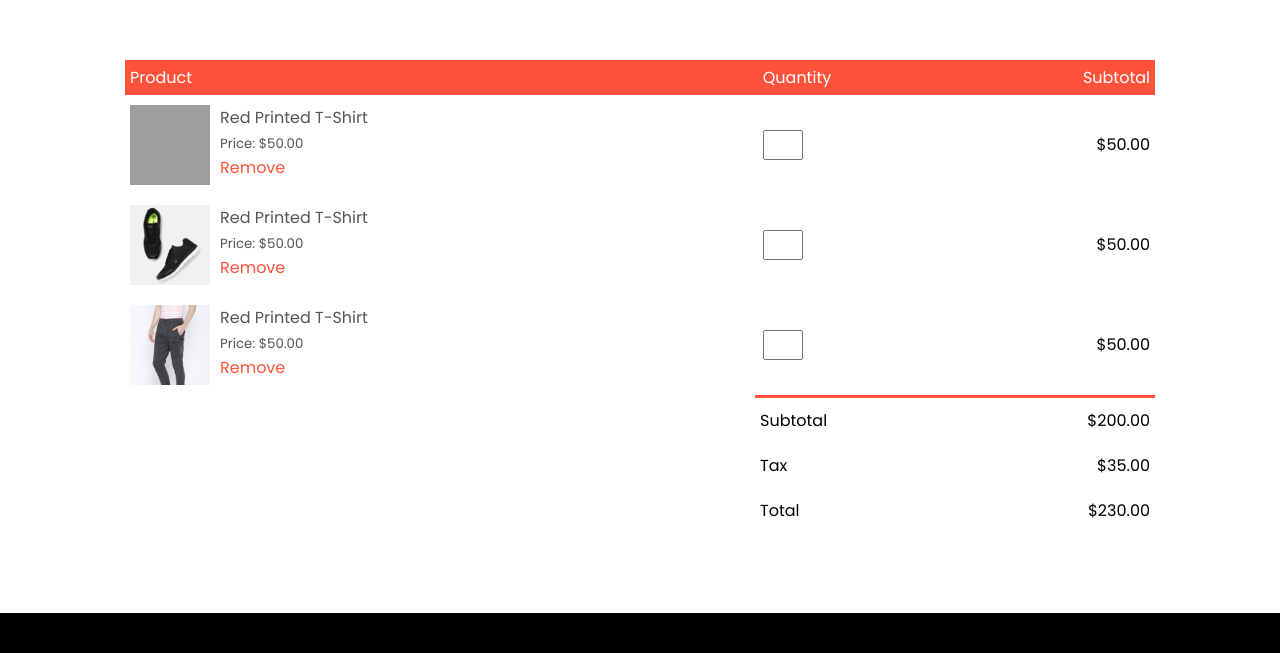
Repository: Barnabasbag/shoe_store-main
Page: cart.html
An editor plug-in stored every save of this project. The page is shown before and after the next save, followed by the edit.
The browser window is 1280 px wide. The pictures show the part of the page from y = 161 to 814 px (the page is 1139 px tall).
Pictures or frames that could not be fetched are drawn as grey boxes. A picture or video elsewhere on the page could not be fetched, so the positions and the page height are approximate.

Above is the page before, as saved 2024-04-15 22:50:03.

After the next save:
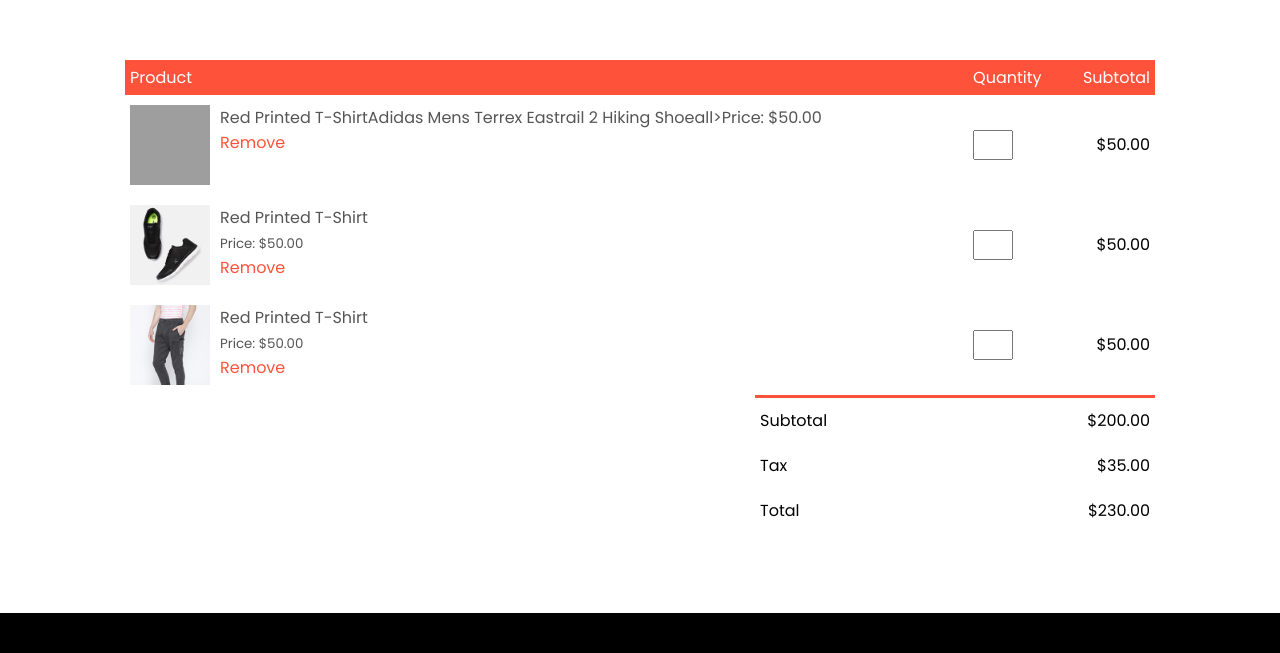
Saved 12 s later.
--- a/cart.html
+++ b/cart.html
@@ -51,8 +51,7 @@
                     <div class="cart-info">
                         <img src="C:\Users\LENOVO\Downloads\shoe_store-main\shoe_store-main\images\61xV7vz+nRL._SY695_.jpg">
                         <div>
-                            <p>Red Printed T-Shirt</p>
-                            <small>Price: $50.00</small><br>
+                            <p>Red Printed T-ShirtAdidas Mens Terrex Eastrail 2 Hiking Shoeall>Price: $50.00</small><br>
                             <a href="">Remove</a>
                         </div>
                     </div>
